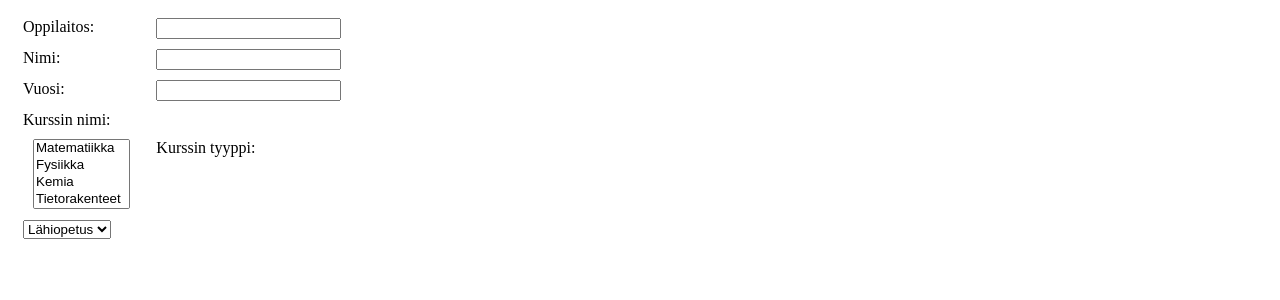
Repository: Niina-Maria/tehtavat-12-17-Niina-Maria2
Page: teht16.html
These files come from the project's save history. The page is drawn as it stood at one moment and after the next save; the edit follows.
The browser window is 1280 px wide. The pictures show the whole page.

Above is the page before, as saved 2024-11-20 12:42:58.

### teht16.html
<!DOCTYPE html>
<html>
    <head>
        <link rel="stylesheet" href="teht16.css">
    </head>
    <body>
        <div grid-container>
            <div class="taulukko">
                <div class="a a1">Oppilaitos:</div>
                <div class="a a2"><input type="text" id="school" name="school"></div>
                <div class="a a3">Nimi:</div>
                <div class="a a4"><input type="text" id="name" name="name"></div>
                <div class="a a5">Vuosi:</div>
                <div class="a a6"><input type="password" id="year" name="year"></div>
                <div class="a a7">Kurssin nimi:</div>
                <div class="a a8">
                    <select class="course" name="course" size="4">
                    <option value="matematiikka">Matematiikka</option>
                    <option value="fysiikka">Fysiikka</option>
                    <option value="kemia">Kemia</option>
                    <option value="tietorakenteet">Tietorakenteet</option>
                    <option value="webohjelmointi">Webohjelmointi</option>
                    </select>
                </div>
                <div class="a a9">Kurssin tyyppi:</div>
                <div class="a a10">
                    <select class="type" name="type" size="1">
                        <option value="lähiopetus">Lähiopetus</option>
                        <option value="etäopetus">Etäopetus</option>
                        <option value="hybridi">Hybridi</option>
                        <option value="monimuoto">Monimuoto</option>
                        <option value="avoinamk">AvoinAMK</option>
                    </select>
                </div>

            </div>
        </div>
    </body>

### teht16.css
.grid-container {
    border: 1 px solid black;
}

.taulukko {
    display: grid;
    grid-template-columns: 2;
    width: 250px;
    margin: 5px;
    padding: 5px;
    border: 1 px solid black;
}

.taulukko div {

    grid-column: 1/span 2;
    justify-content: left;
    padding: 5px;
    width: 100px;
}

.taulukko .a1 {
    grid-column: 1 /span 1;
    border: 1 px solid black;
}

.taulukko .a2 {
    grid-column: 2/ span 2;
    justify-content: left;
    margin-left: 10px;
    border: 1 px solid black;
}

.taulukko .a3 {
    grid-column: 1 /span 1;
    border: 1 px solid black;
}

.taulukko .a4 {
    grid-column: 2/ span 2;
    justify-content: left;
    margin-left: 10px;
    border: 1 px solid black;
}


.taulukko .a5 {
    grid-column: 1 /span 1;
    border: 1 px solid black;
}

.taulukko .a6 {
    grid-column: 2/ span 2;
    justify-content: left;
    margin-left: 10px;
    border: 1 px solid black;
}

.taulukko .a7 {
    grid-column: 1 /span 1;
    border: 1 px solid black;
    vertical-align: 50%;
}

.taulukko .a8 {
    grid-column: 2/ span 2;
    justify-content: left;
    margin-left: 10px;
    border: 1 px solid black;
}

.taulukko .a8 {
    grid-column: 1 /span 1;
    border: 1 px solid black;
}

.taulukko .a9 {
    grid-column: 2/ span 2;
    justify-content: left;
    margin-left: 10px;
    border: 1 px solid black;
}

After the next save:
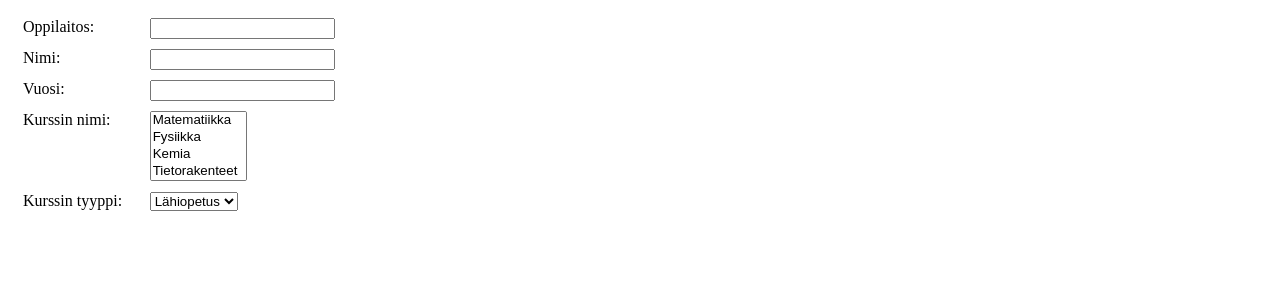
Saved 9 s later.
--- a/teht16.css
+++ b/teht16.css
@@ -69,12 +69,12 @@
     border: 1 px solid black;
 }
 
-.taulukko .a8 {
+.taulukko .a9 {
     grid-column: 1 /span 1;
     border: 1 px solid black;
 }
 
-.taulukko .a9 {
+.taulukko .a10 {
     grid-column: 2/ span 2;
     justify-content: left;
     margin-left: 10px;
